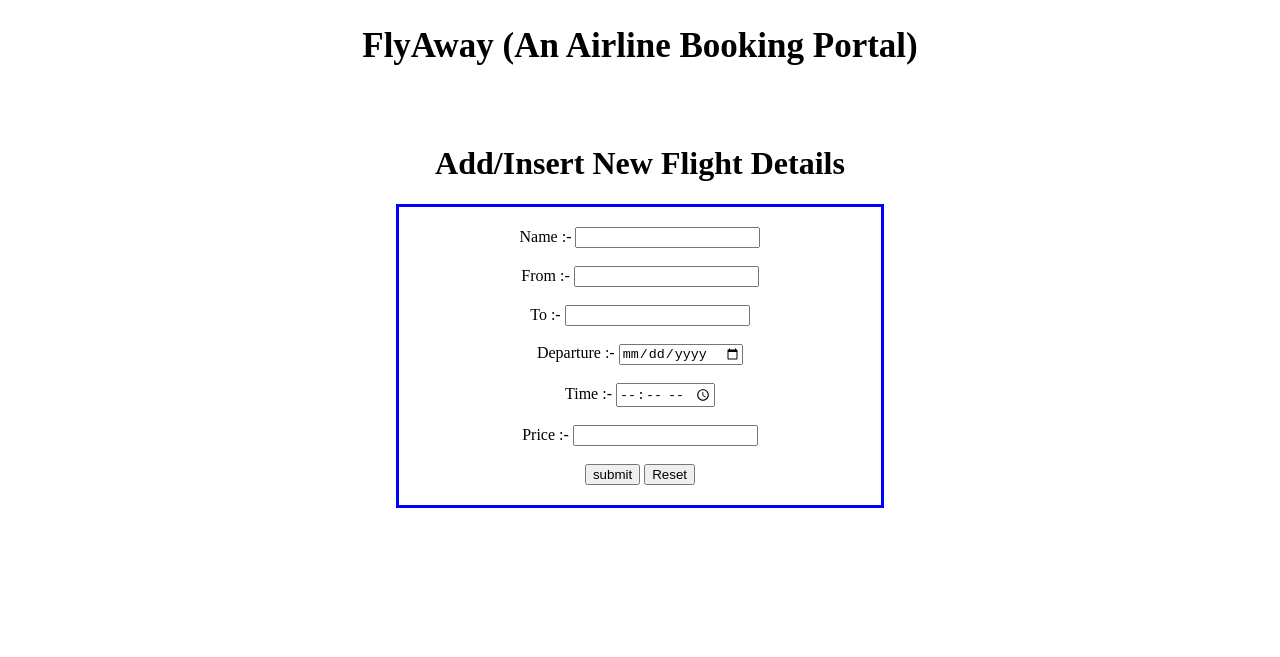
Repository: Vishu4401/FlyAway-An-Airline-Booking-Portal-
Page: http://localhost/FlyAway-An-Airline-Booking-Portal/AdminHome.jsp
The author's editor kept a copy of each file at every save. The page is drawn from the files as they stood at one save, then again after the next save.
The browser window is 1280 px wide. The pictures show the whole page.
The page is served by Tomcat 9. Other server files are loaded and not shown.

Above is the page before, as saved 2022-08-24 04:08:02.

### FlyAway-An-Airline-Booking-Portal/src/main/webapp/AdminHome.jsp
<%@ page language="java" contentType="text/html; charset=ISO-8859-1"
    pageEncoding="ISO-8859-1"%>
<!DOCTYPE html>
<html>
<head>
<meta charset="ISO-8859-1">
<title>Admin Home</title>
</head>
<body >
<br>
<a href="HomeScreen.jsp" style="color:black;text-decoration:none ;font-size:35px;font-weight:bold;"><center>FlyAway (An Airline Booking Portal)</center></a>
<br><br>
<center>
<h1>Add/Insert New Flight Details</h1>

<div style="border:3px solid blue;width:35%;padding:20px" align="center">
<form action="BookFlight.jsp" method=post>
	<label for=name>Name :-</label> <input type="text" name=name id=name required /><br><br>
	<label for=from>From :-</label> <input type="text" name=from id=from required/><br><br>
	<label for=to>To :-</label> <input type="text" name=to id=to required /><br><br>
	<label for=departure>Departure :-</label> <input type="date" name=departure id=departure required/><br><br>
	<label for=time>Time :-</label> <input type="time" name=time id=time required /><br><br>
	<label for=price>Price :-</label> <input type="text" name=price id=price required /><br><br>
	<input type="submit" value=submit /> <input type=reset />
</form>
</div>
</center>
<%
	String message=(String)session.getAttribute("message");
	if(message!=null){
%>
<p style="color:silver;"><%=message %></p>
<%
		session.setAttribute("message", null);
	}
%>
</body>
</html>

After the next save:
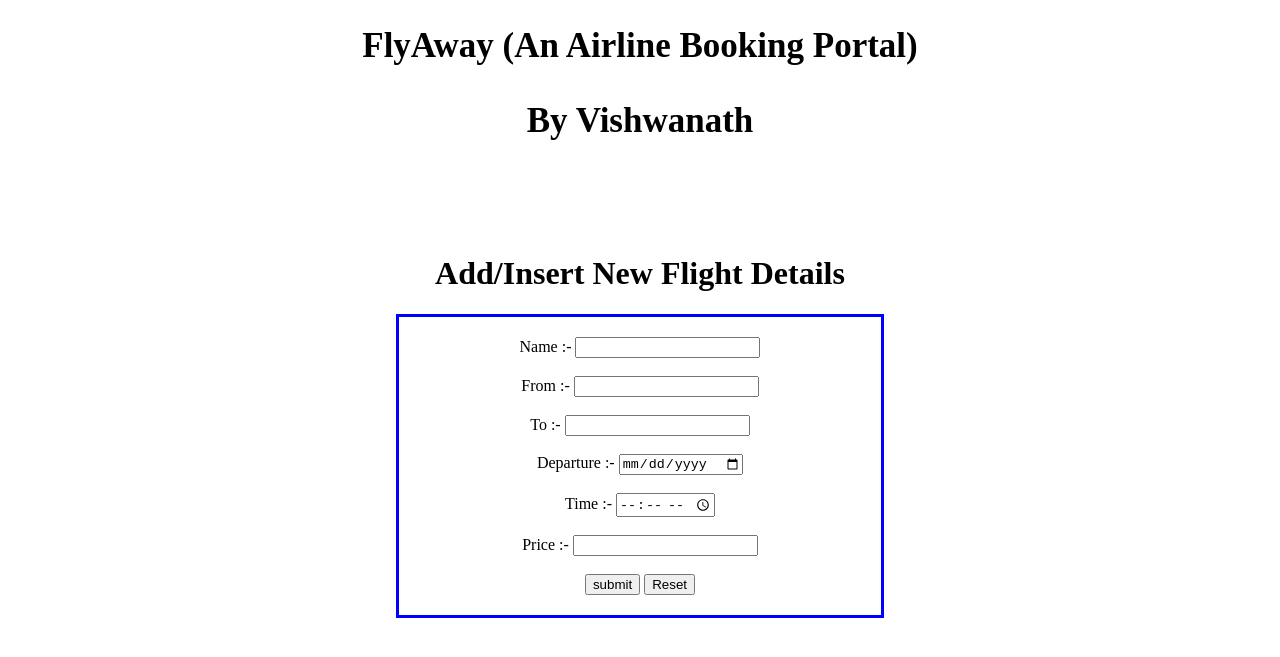
Saved 8 min 22 s later.
--- a/FlyAway-An-Airline-Booking-Portal/src/main/webapp/AdminHome.jsp
+++ b/FlyAway-An-Airline-Booking-Portal/src/main/webapp/AdminHome.jsp
@@ -4,11 +4,14 @@
 <html>
 <head>
 <meta charset="ISO-8859-1">
-<title>Admin Home</title>
+<title>Admin Home Page</title>
 </head>
 <body >
 <br>
-<a href="HomeScreen.jsp" style="color:black;text-decoration:none ;font-size:35px;font-weight:bold;"><center>FlyAway (An Airline Booking Portal)</center></a>
+<a href="HomeScreen.jsp" style="color:black;text-decoration:none ;font-size:35px;font-weight:bold;">
+<center>FlyAway (An Airline Booking Portal)
+<p>By Vishwanath</p>
+</center></a>
 <br><br>
 <center>
 <h1>Add/Insert New Flight Details</h1>
